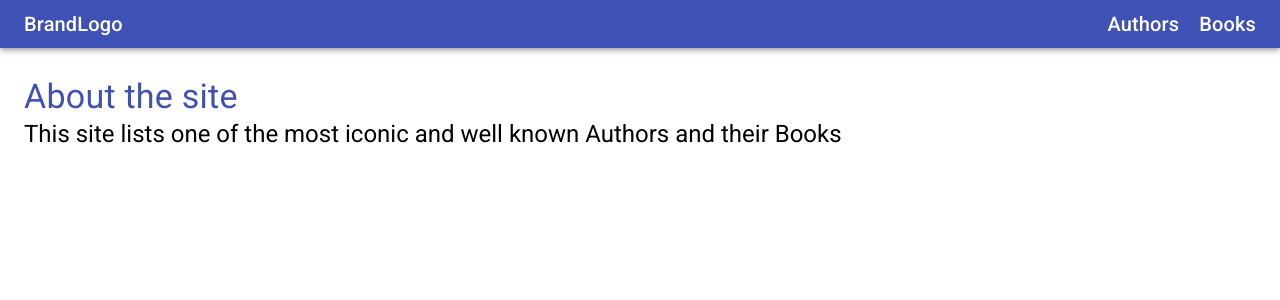
Repository: Sociophuck/00007494
Page: / (app in front/)
The author's editor kept a copy of each file at every save. The page is drawn from the files as they stood at one save, then again after the next save.
The browser window is 1280 px wide. The pictures show the whole page.
The project was rebuilt for these pictures with package versions that can differ from the ones it lists, and the page was loaded fresh each time. Also part of the build but not shown: front/src/Author.js, front/src/Book.js, front/src/AuthorDetails.js.

Above is the page before, as saved 2021-04-04 15:39:14.

After the next save:
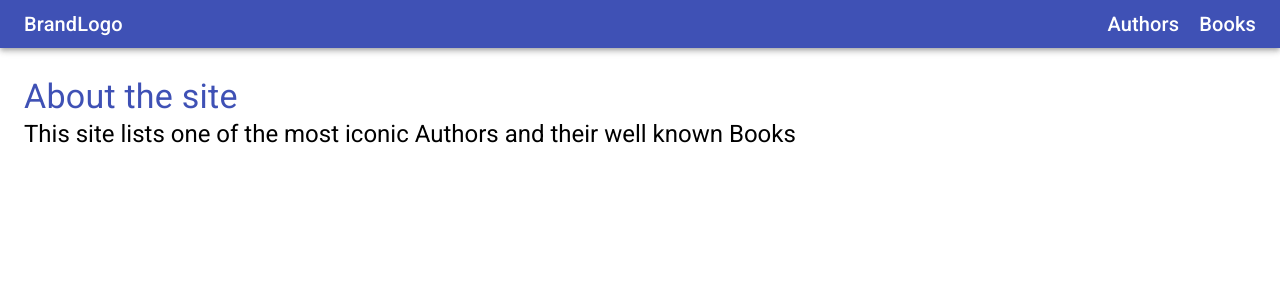
Saved 9 s later.
--- a/front/src/Home.js
+++ b/front/src/Home.js
@@ -7,7 +7,7 @@ function Home() {
         About the site
       </Typography>
       <Typography variant="h5">
-        This site lists one of the most iconic and well known Authors and their
+        This site lists one of the most iconic Authors and their well known
         Books
       </Typography>
     </Container>
